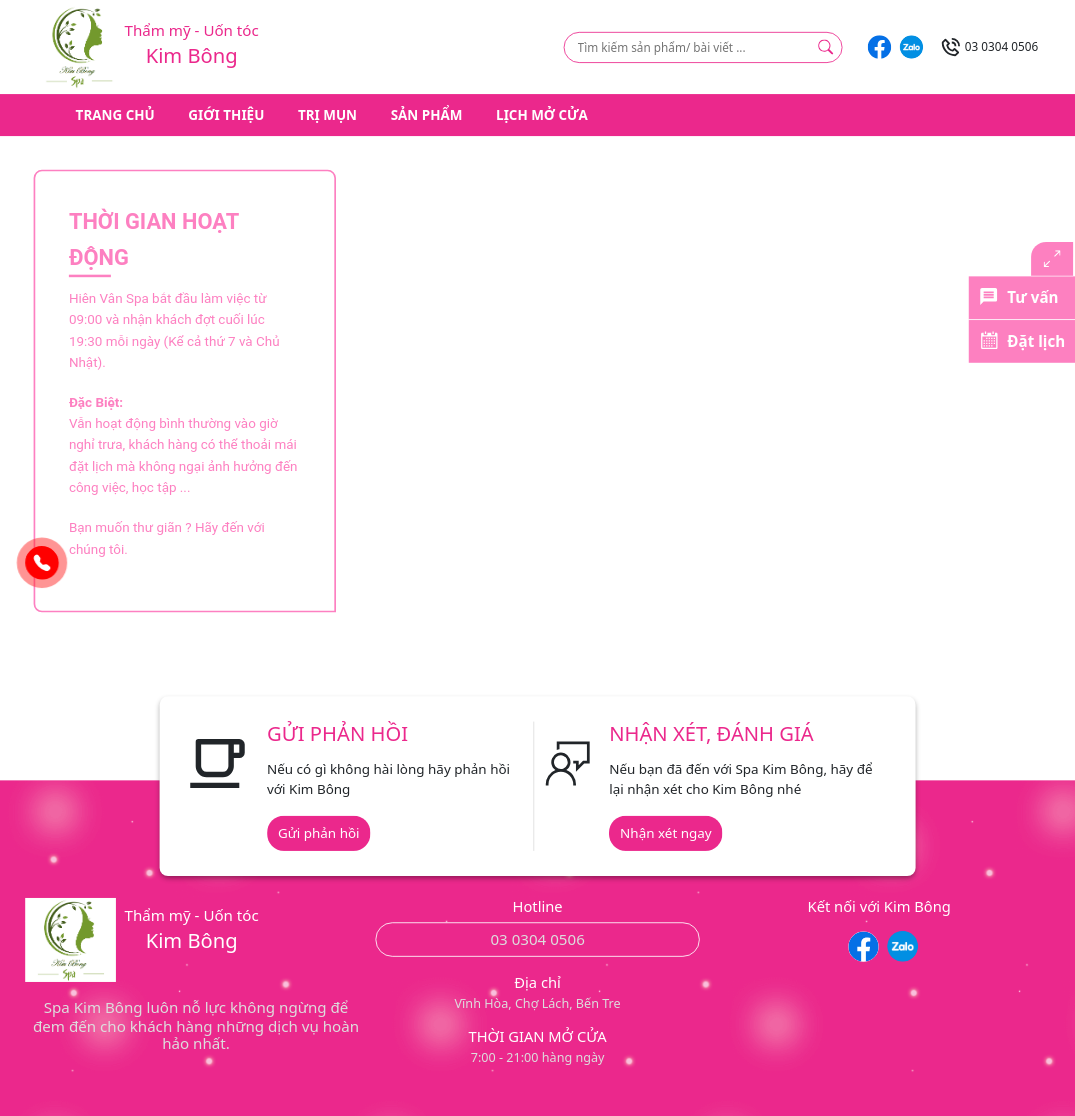
Repository: tranduykhuong/SpaKimBong
Page: /calendar
An editor plug-in stored every save of this project. The page is shown before and after the next save, followed by the edit.
The browser window is 1280 px wide. The pictures show the whole page, at 84% of full size.
The project was rebuilt for these pictures with package versions that can differ from the ones it lists, and the page was loaded fresh each time. Also part of the build but not shown: src/components/Banner/banner.scss, src/components/Banner/Banner.js, src/pages/Home/home.scss, src/pages/Home/ListImage/listImage.scss, src/pages/Home/ListImage/ListImage.js, src/pages/Home/BookOnline/bookOnl.scss, src/pages/Home/BookOnline/Modal/ModalBook/modalbook.scss, src/pages/Home/BookOnline/Modal/ModalBook/modalbook.js and 24 more.

Above is the page before, as saved 2022-06-06 23:28:19.

After the next save:
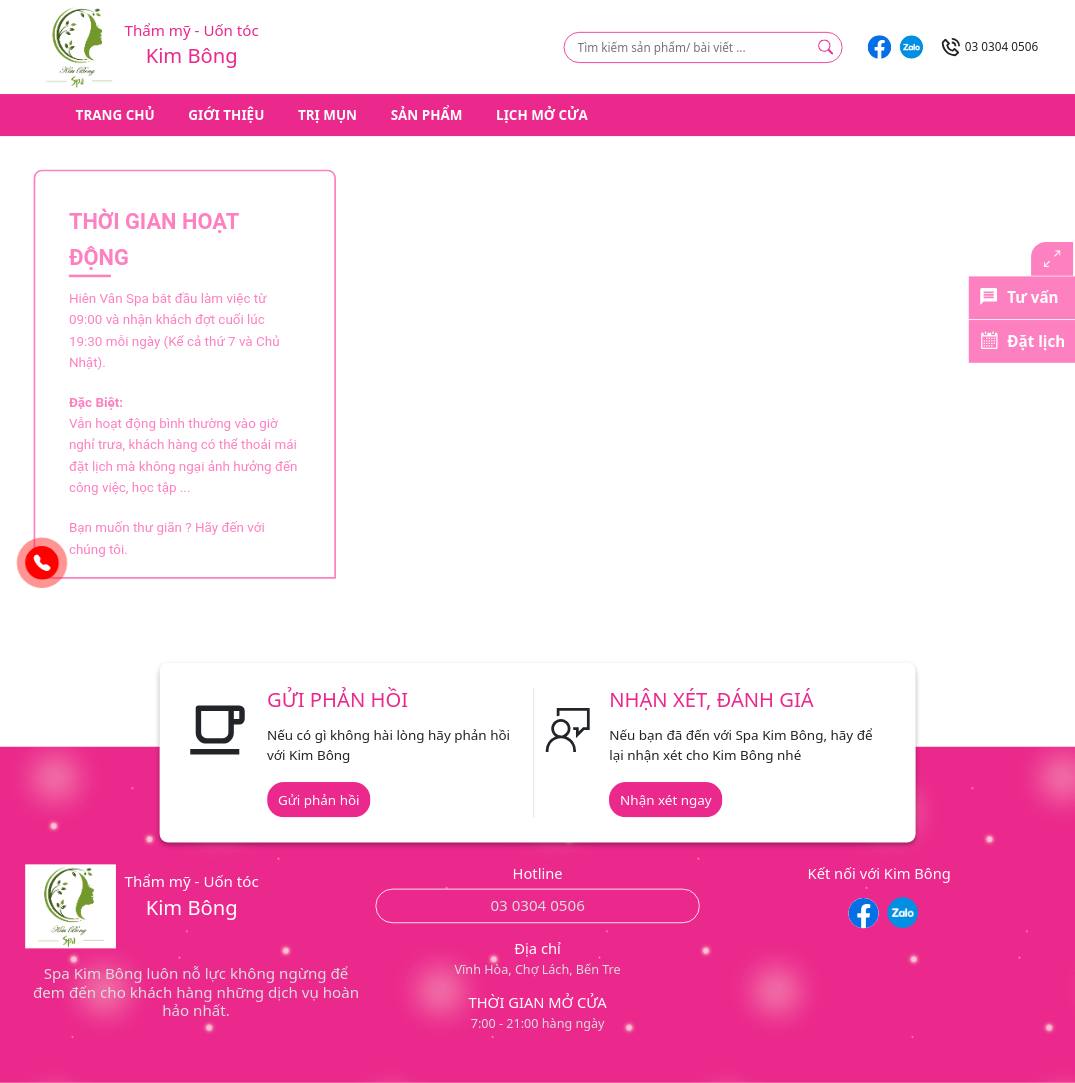
Saved 25 s later.
--- a/src/pages/Calendar/calendar.scss
+++ b/src/pages/Calendar/calendar.scss
@@ -13,7 +13,7 @@
         border-bottom-left-radius: 10px;
         border-top-left-radius: 10px;
         border-top-right-radius: 10px;
-        padding: 4rem;
+        padding: 4rem 4rem 0;
 
         h3 {
           margin: 0 0 13px;
